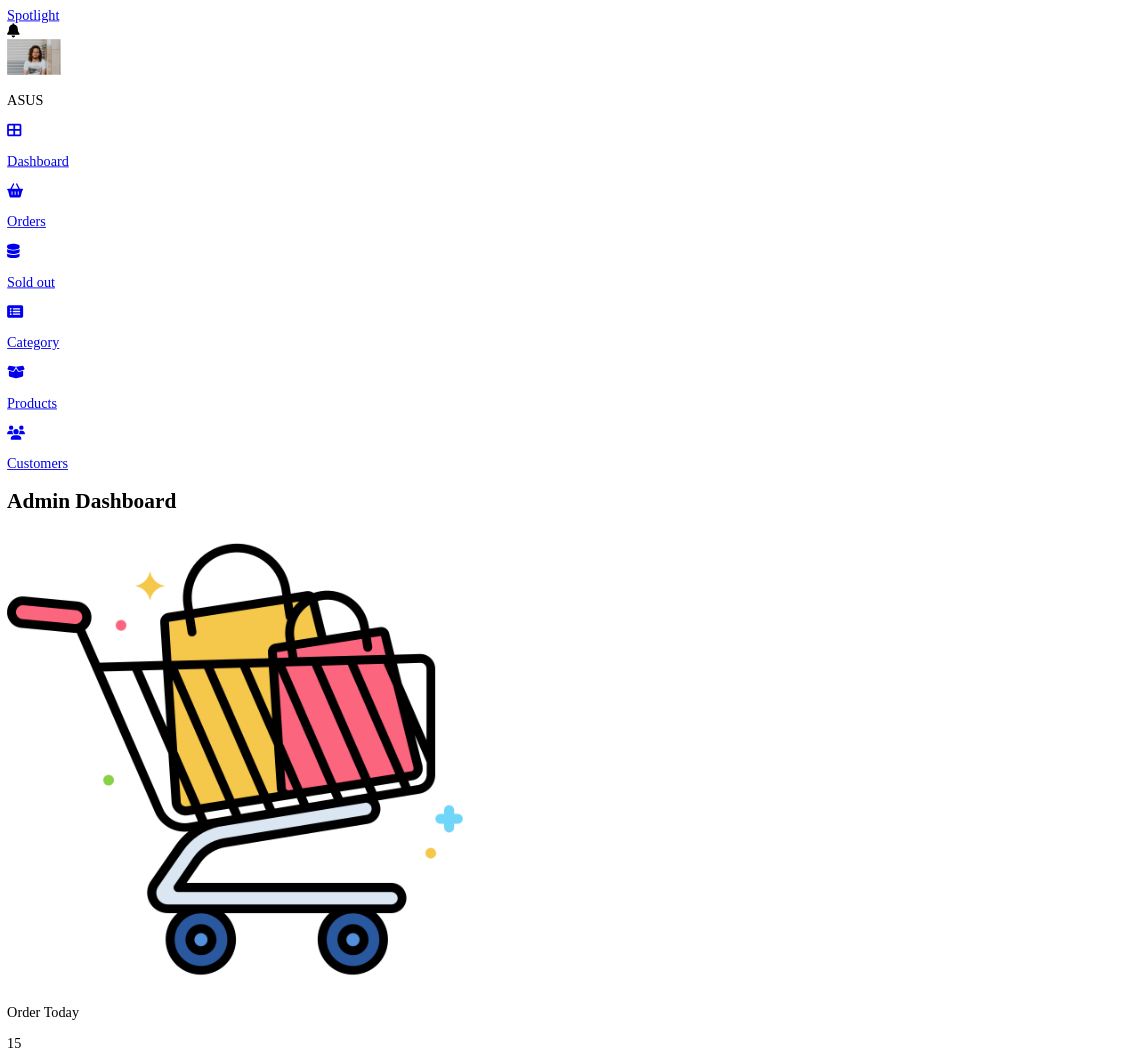
Repository: pin-seavmuy/Spotlight-POS
Page: /category
An editor plug-in stored every save of this project. The page is shown before and after the next save, followed by the edit.
The browser window is 1280 px wide. The pictures show the whole page, at 89% of full size.
Some web fonts or font styles are not loaded; a fallback is used. The project was rebuilt for these pictures with package versions that can differ from the ones it lists, and the page was loaded fresh each time. Also part of the build but not shown: vue.config.js, src/components/Orders.vue, src/components/Products.vue, src/components/Customers.vue.

Above is the page before, as saved 2024-06-26 16:54:25.

### src/main.js
// src/main.js
import { createApp } from 'vue'; // Use createApp instead of importing Vue
import App from './App.vue';
import router from './router/router.js'; // Adjust the path as necessary

const app = createApp(App);
app.use(router);

app.mount('#app');

### src/App.vue

<template>
  <div id="app">
    <router-view />
    <!-- <Dashboard/> -->
  </div>
</template>

<script>
export default {
  name: 'App',
};
</script>

<style scoped>
/* Scoped styles specific to App.vue */
</style>

### src/router/router.js
// src/router.js
import { createRouter, createWebHistory } from 'vue-router'; // Import from vue-router
import AdminDashboard from '../components/AdminDashboard.vue';
import OrdersPage from '../components/Orders.vue';
import SoldOut from '../components/Soldout.vue';
import CategoryPage from '../components/Category.vue';
import ProductPage from '../components/Products.vue';
import CustomersPage from '../components/Customers.vue';

const routes = [
  { path: '/', component: AdminDashboard },
  { path: '/orders', component: OrdersPage },
  { path: '/sold', component: SoldOut },
  { path: '/category', component: CategoryPage },
  { path: '/products', component: ProductPage },
  { path: '/customers', component: CustomersPage },
];

const router = createRouter({
  history: createWebHistory(),
  routes,
});

export default router;

### src/components/AdminDashboard.vue
<template>
  <div>
    <header class="header">
      <div class="logo">
        <router-link to="/">Spotlight</router-link>
      </div>
      <div class="header-icons">
        <font-awesome-icon :icon="icons.bell" class="icon" />
        <div class="account">
          <img src="../assets/img/people.png" alt="" />
          <p>ASUS</p>
        </div>
      </div>
    </header>
    <div class="container">
      <div class="side-bar">

        <router-link to="/" class="wrapper" active-class="active">
          <font-awesome-icon :icon="icons.thLarge" class="icons" />
          <p>Dashboard</p>
        </router-link>

        <router-link to="/orders" class="wrapper" active-class="active">
          <font-awesome-icon :icon="icons.shoppingBasket" class="icons" />
          <p>Orders</p>
        </router-link>

        <router-link to="/sold" class="wrapper" active-class="active">
          <font-awesome-icon :icon="icons.database" class="icons" />
          <p>Sold out</p>
        </router-link>

        <router-link to="/category" class="wrapper" active-class="active">
          <font-awesome-icon :icon="icons.category" class="icons" />
          <p>Category</p>
        </router-link>

        <router-link to="/products" class="wrapper" active-class="active">
          <font-awesome-icon :icon="icons.product" class="icons" />
          <p>Products</p>
        </router-link>

        <router-link to="/customers" class="wrapper" active-class="active">
          <font-awesome-icon :icon="icons.users" class="icons" />
          <p>Customers</p>
        </router-link>

      </div>

      <div class="dashboard">
          <div class="wrapper1">
            <h2>Admin Dashboard</h2>
          </div>
          <div class="wrapper1">
            <div class="box">
              <div class="wrapperBox">
                <img src="../assets/img/products.png" />
                <p>Total Product</p>
              </div>
              <div class="qty">12000</div>
            </div>
            <div class="box">
              <div class="wrapperBox">
                <img src="../assets/img/list.png" />
                <p>Categories</p>
              </div>
              <div class="qty">43</div>
            </div>
            <div class="box">
              <div class="wrapperBox">
                <img src="../assets/img/mobile-banking.png" />
                <p>Transactions</p>
              </div>
              <div class="qty">669</div>
            </div>
          </div>
          <div class="wrapper1">
            <div class="box">
              <div class="wrapperBox">
                <img src="../assets/img/shopping-cart.png" />
                <p>Order Today</p>
              </div>
              <div class="qty">15</div>
            </div>
          </div>
        </div>



    </div>


  </div>
</template>

<script>
  import { FontAwesomeIcon } from '@fortawesome/vue-fontawesome';
  import { faBell, faShoppingBasket, faThLarge, faDatabase, faListAlt, faCreditCard, faBoxOpen, faUsers } from '@fortawesome/free-solid-svg-icons';

  export default {
  name: "AdminDashboard",
  components: {
      FontAwesomeIcon,
  },
  data() {
      return {
      icons: {
          bell: faBell,
          shoppingBasket: faShoppingBasket,
          thLarge: faThLarge,
          database: faDatabase,
          category: faListAlt,
          transaction: faCreditCard,
          product: faBoxOpen,
          users: faUsers,
          // Add more icons as needed
      },
      };
  },
  };

</script>

<style scoped>
@import '../assets/css/style.css';
</style>

### src/components/Soldout.vue
<template>
  <div>
    <header class="header">
      <div class="logo">
        <router-link to="/">Spotlight</router-link>
      </div>
      <div class="header-icons">
        <font-awesome-icon :icon="icons.bell" class="icon" />
        <div class="account">
          <img src="../assets/img/people.png" alt="" />
          <p>ASUS</p>
        </div>
      </div>
    </header>
    <div class="container">
      <div class="side-bar">

        <router-link to="/" class="wrapper" active-class="active">
          <font-awesome-icon :icon="icons.thLarge" class="icons" />
          <p>Dashboard</p>
        </router-link>

        <router-link to="/orders" class="wrapper" active-class="active">
          <font-awesome-icon :icon="icons.shoppingBasket" class="icons" />
          <p>Orders</p>
        </router-link>

        <router-link to="/sold" class="wrapper" active-class="active">
          <font-awesome-icon :icon="icons.database" class="icons" />
          <p>Sold out</p>
        </router-link>

        <router-link to="/category" class="wrapper" active-class="active">
          <font-awesome-icon :icon="icons.category" class="icons" />
          <p>Category</p>
        </router-link>

        <router-link to="/products" class="wrapper" active-class="active">
          <font-awesome-icon :icon="icons.product" class="icons" />
          <p>Products</p>
        </router-link>

        <router-link to="/customers" class="wrapper" active-class="active">
          <font-awesome-icon :icon="icons.users" class="icons" />
          <p>Customers</p>
        </router-link>

      </div>
      <div class="dashboard">
        <div class="wrapper1">
          <h2>Orders</h2>
          <div class="searchBox">
            <font-awesome-icon :icon="icons.search" class="icons" />
            <input type="text" placeholder="search ...">
          </div>
        </div>
        <div class="table">
          <table>
            <thead>
              <tr>
                <th>No</th>
                <th>Customer</th>
                <th>Product</th>
                <th>Total</th>
                <th>Order Date</th>
                <th>Action</th>
              </tr>
            </thead>
            <tbody>
              <tr v-for="(order, index) in orders" :key="order.id">
                <td>{{ index + 1 }}</td>
                <td>{{ order.customer }}</td>
                <td>{{ order.product }}</td>
                <td>{{ order.total }}</td>
                <td>{{ order.orderDate }}</td>
                <td class="action">
                  <font-awesome-icon :icon="icons.edit" class="icon action-icon" @click="editOrder(order.id)" />
                  <font-awesome-icon :icon="icons.trash" class="icon action-icon" @click="deleteOrder(order.id)" />
                </td>
              </tr>
            </tbody>
          </table>
        </div>
      </div>
    </div>
  </div>
</template>

<script>
  import { FontAwesomeIcon } from '@fortawesome/vue-fontawesome';
  import { faBell, faShoppingBasket, faThLarge, faDatabase, faListAlt, faCreditCard, faBoxOpen, faUsers, faSearch, faEdit, faTrash } from '@fortawesome/free-solid-svg-icons';

  export default {
    name: "OrdersPage",
    components: {
      FontAwesomeIcon,
    },
    data() {
      return {
        icons: {
          bell: faBell,
          shoppingBasket: faShoppingBasket,
          thLarge: faThLarge,
          database: faDatabase,
          category: faListAlt,
          transaction: faCreditCard,
          product: faBoxOpen,
          users: faUsers,
          search: faSearch,
          edit: faEdit,
          trash: faTrash,
        },
        orders: [
          { id: 1, customer: 'John Doe', product: 'Cigarella Skill Shirt', total: '$50.00', orderDate: '26/06/24' },
          { id: 2, customer: 'Jane Smith', product: 'Wool Tweed A-Line', total: '$15.00', orderDate: '26/06/24' },
          { id: 3, customer: 'Michael Brown', product: 'Cheyenne Floral Dress', total: '$35.00', orderDate: '26/06/24'},
        ],
      };
    },
    methods: {
      editOrder(id) {
        // Implement edit order functionality
        console.log('Edit order', id);
      },
      deleteOrder(id) {
        // Implement delete order functionality
        console.log('Delete order', id);
      },
    },
  };
</script>

<style scoped>
  @import '../assets/css/style.css';

  .action-icon {
    cursor: pointer;
    margin-right: 10px;
  }
  .action {
    display: flex;
    justify-content: center;
    gap: 50px;
    padding: 15px ;
    border-width: 0.1;
  }
</style>

### src/components/Category.vue
<template>
    <div>
      <header class="header">
        <div class="logo">
          <router-link to="/">Spotlight</router-link>
        </div>
        <div class="header-icons">
          <font-awesome-icon :icon="icons.bell" class="icon" />
          <div class="account">
            <img src="../assets/img/people.png" alt="" />
            <p>ASUS</p>
          </div>
        </div>
      </header>
      <div class="container">
        <div class="side-bar">

            <router-link to="/" class="wrapper" active-class="active">
            <font-awesome-icon :icon="icons.thLarge" class="icons" />
            <p>Dashboard</p>
          </router-link>

          <router-link to="/orders" class="wrapper" active-class="active">
            <font-awesome-icon :icon="icons.shoppingBasket" class="icons" />
            <p>Orders</p>
          </router-link>

          <router-link to="/sold" class="wrapper" active-class="active">
            <font-awesome-icon :icon="icons.database" class="icons" />
            <p>Sold out</p>
          </router-link>

          <router-link to="/category" class="wrapper" active-class="active">
            <font-awesome-icon :icon="icons.category" class="icons" />
            <p>Category</p>
          </router-link>

          <router-link to="/products" class="wrapper" active-class="active">
            <font-awesome-icon :icon="icons.product" class="icons" />
            <p>Products</p>
          </router-link>

          <router-link to="/customers" class="wrapper" active-class="active">
            <font-awesome-icon :icon="icons.users" class="icons" />
            <p>Customers</p>
          </router-link>

        </div>
        <div class="dashboard">
          <h2>Admin Dashboard</h2>

          <div class="wrapper1">
            <div class="box">
              <div class="wrapperBox">
                <img src="../assets/img/shopping-cart.png" />
                <p>Order Today</p>
              </div>
              <div class="qty">15</div>
            </div>
          </div>
        </div>

      </div>
    </div>
  </template>

  <script>
    import { FontAwesomeIcon } from '@fortawesome/vue-fontawesome';
    import { faBell, faShoppingBasket, faThLarge, faDatabase, faListAlt, faCreditCard, faBoxOpen, faUsers } from '@fortawesome/free-solid-svg-icons';

    export default {
    name: "CategoryPage",
    components: {
        FontAwesomeIcon,
    },
    data() {
        return {
        icons: {
            bell: faBell,
            shoppingBasket: faShoppingBasket,
            thLarge: faThLarge,
            database: faDatabase,
            category: faListAlt,
            transaction: faCreditCard,
            product: faBoxOpen,
            users: faUsers,
            // Add more icons as needed
        },
        };
    },
    };

  </script>

  <style scoped>
  @import '../assets/css/orders.css';
  </style>

### src/assets/css/style.css
@import url("https://fonts.googleapis.com/css2?family=Poppins:wght@400;500;600;700&display=swap");
@import url("https://fonts.cdnfonts.com/css/mogra");
@import url("https://fonts.googleapis.com/css?family=Playfair+Display:400,700");

* {
  margin: 0;
  padding: 0;
  box-sizing: border-box;
  font-family: "Poppins", sans-serif;
}

body {
  background: rgb(255, 255, 255);
}

.header {
  display: flex;
  align-items: center;
  justify-content: space-between;
  height: 70px;
  padding: 20px 40px 20px 20px;
  background: #97b093;
}

.logo a {
  color: #fff;
  font-size: 28px;
  font-weight: 400;
  margin: 2rem 8rem 2rem 2rem;
  font-family: "Mogra", sans-serif;
  text-decoration: none;
}

.header-icons {
  display: flex;
  align-items: center;
}

.header-icons .icon {
  margin-right: 1rem;
  cursor: pointer;
  color: #fff;
  font-size: 20px;
  background-color: #97b093;
  padding: 8px;
  border-radius: 50%;
  box-shadow: 0 4px 8px rgba(0, 0, 0, 0.2);
}

.header-icons .account {
  width: 120px;
  display: flex;
  align-items: center;
  justify-content: space-between;
}

.header-icons .account img {
  width: 40px;
  height: 40px;
  cursor: pointer;
  border-radius: 50%;
  margin-left: 10px;
  border: 1px solid gray;
}

.container {
  width: 100%;
  height: 650px;
  display: flex;
  justify-content: space-between;
}

.container .side-bar {
  width: 260px;
  height: 100%;
  padding: 30px 10px 10px 10px;
  border-right: 2px solid gray;
}

.wrapper {
  display: flex;
  align-items: center;
  background-color: #ffffff;
  padding: 8px 15px;
  gap: 20px;
  color: black;
  font-family: "Playfair Display", serif;
  border-radius: 5px;
  margin-bottom: 20px;
  cursor: pointer;
}

.wrapper .icons {
  color: gray;
}

.wrapper:hover {
  background-color: #ecf1eb;
}

.wrapper.active {
  background-color: #c1d2be;
  border: 1px solid gray;
}

.container .dashboard {
  width: 100%;
  height: 550px;
  /* background-color: pink; */
  padding: 30px 40px 0px 40px;
  display: flex;
  flex-direction: column;
}

.wrapper1 {
  padding: 2px;
  display: flex;
  justify-content: space-between;
  gap: 20px;
  /* background-color: rgb(0, 255, 76); */
  /* margin-top: -20px; */
  margin-bottom: 30px;
}

.wrapper1 .box {
  width: 360px;
  height: 160px;
  background-color: #f5eded;
  box-shadow: 0 4px 8px rgba(0, 0, 0, 0.2);
  border-radius: 3px;
  display: flex;
  padding: 20px 30px;
  align-items: center;
  gap: 40px;
}

.box:hover {
  background-color: #f7efef;
}

.box .wrapperBox {
  display: flex;
  flex-direction: column;
  align-items: center;
  justify-content: center;
  gap: 8px;
  /* background-color: red; */
}

.box .wrapperBox img {
  width: 70px;
  height: 70px;
}

.box .qty {
  border-left: 3px solid rgb(178, 183, 179);
  padding: 10px 0 10px 30px;
  font-size: xx-large;
}

### src/assets/css/orders.css
/* some of the css were import form style.css */
.searchBox {
    /* background-color: black; */
    width: 450px;
    border-radius: 5px;
    border: 1px solid gray;
    display: flex;
    align-items: center;
    padding: 5px;
    gap: 5px;
    color: #97b093;
    background-color: #fff;
}
input {
    padding: 2px 10px;
    width: 100px;
    border: none;
    width: 100%;
}

.table {
    width: 100%;
    background-color: #f8f1f1;
    border-radius: 4px;
    box-shadow: 0 2px 4px rgba(0, 0, 0, 0.1);
  }

  table {
    width: 100%;
    border-collapse: collapse;
  }

  th, td {
    padding: 10px;
    border: 1px solid #ccc;
    text-align: left;
    white-space: nowrap; /* Ensures the text does not wrap */
  }

  th {
    background-color: #97b093;
  }

  tbody tr:nth-child(even) {
    background-color: #e3f0e1;
  }

Loaded but not shown: public/index.html (common file)

After the next save:
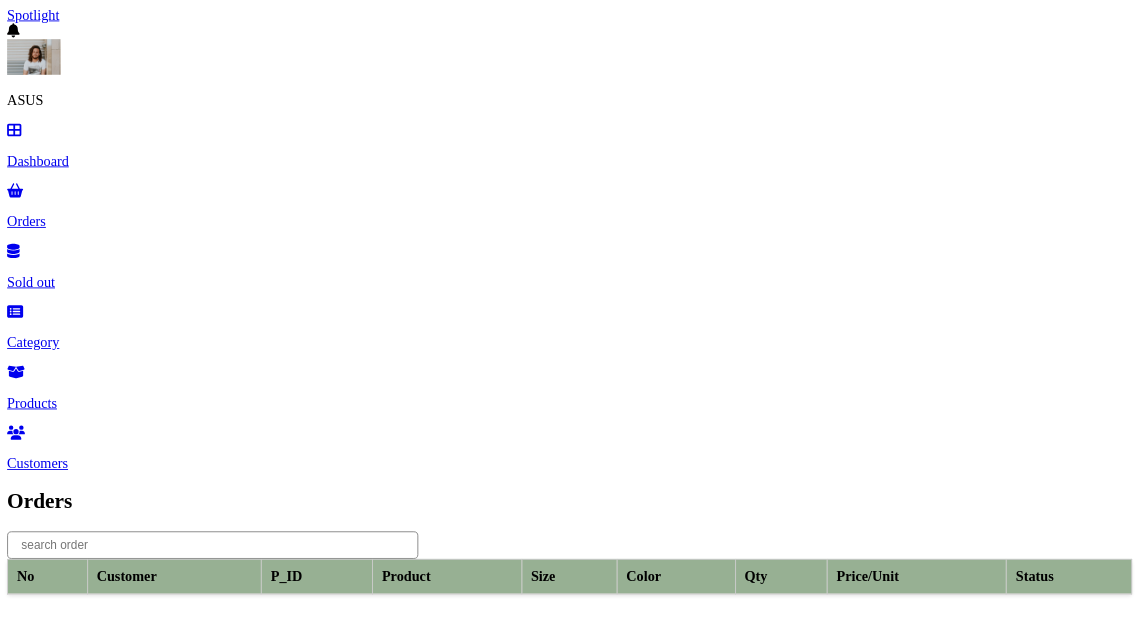
Saved 4 min 1 s later.
--- a/src/components/Category.vue
+++ b/src/components/Category.vue
@@ -47,18 +47,49 @@
 
         </div>
         <div class="dashboard">
-          <h2>Admin Dashboard</h2>
-
-          <div class="wrapper1">
-            <div class="box">
-              <div class="wrapperBox">
-                <img src="../assets/img/shopping-cart.png" />
-                <p>Order Today</p>
-              </div>
-              <div class="qty">15</div>
-            </div>
+        <div class="wrapper1">
+          <h2>Orders</h2>
+          <div class="searchBox">
+            <font-awesome-icon :icon="icons.search" class="icons" />
+            <input type="text" placeholder="search order">
           </div>
         </div>
+        <div class="table">
+        <table>
+          <thead>
+            <tr>
+              <th>No</th>
+              <th>Customer</th>
+              <th>P_ID</th>
+              <th>Product</th>
+              <th>Size</th>
+              <th>Color</th>
+              <th>Qty</th>
+              <th>Price/Unit</th>
+              <th>Status</th>
+            </tr>
+          </thead>
+          <tbody>
+            <tr v-for="(order, index) in orders" :key="order.id">
+              <td>{{ index + 1 }}</td>
+              <td>{{ order.customer }}</td>
+              <td>{{ order.productId }}</td>
+              <td>{{ order.product }}</td>
+              <td>{{ order.size }}</td>
+              <td>{{ order.color }}</td>
+              <td>{{ order.qty }}</td>
+              <td>{{ order.price }}</td>
+              <td>
+                <select v-model="order.status">
+                  <option value="Pending">Pending</option>
+                  <option value="Shipped">Shipped</option>
+                </select>
+              </td>
+            </tr>
+          </tbody>
+        </table>
+      </div>
+      </div>
 
       </div>
     </div>
